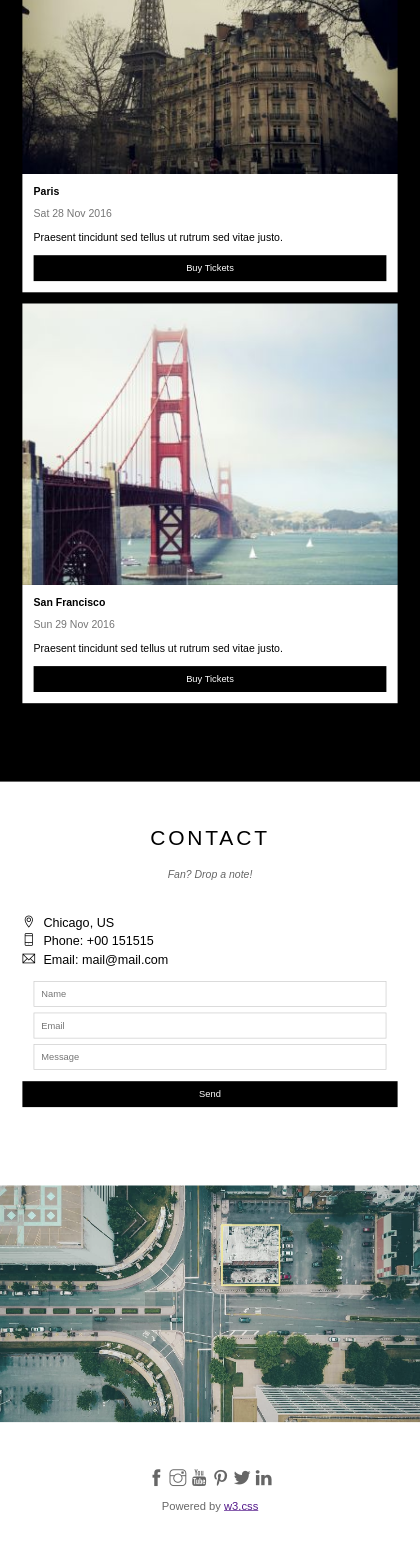
Repository: funboy13/webnew
Page: index.html
The author's editor kept a copy of each file at every save. The page is drawn from the files as they stood at one save, then again after the next save.
The browser window is 600 px wide. The pictures show the part of the page from y = 3132 to 5372 px (the page is 5356 px tall before and 5372 px after), at 70% of full size.

Above is the page before, as saved 2021-08-21 10:00:49.

### index.html
<!DOCTYPE html>
<html lang="vi">
<head>
    <meta charset="UTF-8">
    <meta http-equiv="X-UA-Compatible" content="IE=edge">
    <meta name="viewport" content="width=device-width, initial-scale=1.0">
    <link rel="stylesheet" href="./assets/css/style.css">
    <link rel="stylesheet" href="./assets/css/responsive.css">
    <link rel="stylesheet" href="./assets/fonts/themify-icons/themify-icons.css">
    <title>W3-webfirst</title>
    <link rel=icon href="assets/img/logo.jpg" sizes="16x16" type="image/png">
</head>
<body>
    <div class="main">
        <div id="header" class="header">
            <ul id="nav">
                <li><a href="#">Home</a></li>
                <li><a href="#band">Band</a></li>
                <li><a href="#tour">Tour</a></li>
                <li><a href="#contact">Contact</a></li>
                <li>
                    <a href="#">
                        More
                        <i class="ti-arrow-circle-down"></i>
                    </a>
                    <ul class="subnav">
                        <li><a href="#">Merchandise</a></li>
                        <li><a href="#">Extras</a></li>
                        <li><a href="#">Media</a></li>
                    </ul>
                </li>
            </ul>
            <!-- search__btn  -->
            <div class="search-btn">
              <i class="ti-search"></i>
            </div>
            <div id="menu-mobile" class="menu__mobile--btn">
                <i class="ti-menu"></i>
            </div>
        </div>

        <div class="slider">
            <div class="text-content">
                <h2 class="text-heading">Chicago</h2>
                <div class="text-noidung"> <b>Thank you, Chicago - A night we won't forget</b>.</div>
            </div>
        </div>

        <div id="content">
            <!-- About -->
            <div id="band" class="content-section">
                <h2 class="section-heading">THE BAND</h2>
                <p class="section-sub-heading">We love music</p>
                <p class="about-text">We have created a fictional band website. Lorem ipsum dolor sit amet, consectetur adipiscing elit, sed do eiusmod tempor incididunt ut labore et dolore magna aliqua. Ut enim ad minim veniam, quis nostrud exercitation ullamco laboris nisi ut aliquip ex ea commodo consequat. Duis aute irure dolor in reprehenderit in voluptate velit esse cillum dolore eu fugiat nulla pariatur. Excepteur sint occaecat cupidatat non proident, sunt in culpa qui officia deserunt mollit anim id est laborum consectetur adipiscing elit, sed do eiusmod tempor incididunt ut labore et dolore magna aliqua. Ut enim ad minim veniam, quis nostrud exercitation ullamco laboris nisi ut aliquip ex ea commodo consequat.</p>
                <div class="row members-list">
                    <div class="member-item col col-third">
                        <p class="members-name">Name</p>
                        <img src="./assets/img/bandmember.jpg" alt="Name" class="menbers-img">
                    </div>
                    <div class="member-item col col-third">
                        <p class="members-name">Name</p>
                        <img src="./assets/img/bandmember.jpg" alt="Name" class="menbers-img">
                    </div>
                    <div class="member-item col col-third">
                        <p class="members-name">Name</p>
                        <img src="./assets/img/bandmember.jpg" alt="Name" class="menbers-img">
                    </div>

                </div>
            </div>

             <!-- Tour -->
             <div id="tour" class="tour-section">
                 <div class="content-section">
                    <h2 class="section-heading text-white">TOUR DATES</h2>
                    <p class="section-sub-heading text-white">Remember to book your tickets! </p>

                    <ul class="tickets-lists">
                        <li>September <span class="sout-out">Sold out</span></li>
                        <li>October <span class="sout-out">Sold out</span></li>
                        <li>November <span class="quantity">3</span></li>
                    </ul>
                    <div class="row place-list">
                        <div class="col col-third mt-16 s-col-ful">
                            <img src="./assets/img/newyork.jpg" alt="Newyork" class="place-img">
                            <div class="place-body">
                                <h3 class="place-heading">New York</h3>
                                <p class="place-time">Fri 27 Nov 2016</p>
                                <p class="place-desc">Praesent tincidunt sed tellus ut rutrum sed vitae justo.</p>
                                <button class="btn s-col-ful js-buy-ticket">Buy Tickets</button>
                            </div>
                        </div>
                            <div class="col col-third mt-16 s-col-ful">
                                <img src="./assets/img/paris.jpg" alt="Paris" class="place-img">
                                <div class="place-body">
                                    <h3 class="place-heading">Paris</h3>
                                    <p class="place-time">Sat 28 Nov 2016</p>
                                    <p class="place-desc">Praesent tincidunt sed tellus ut rutrum sed vitae justo.</p>
                                    <button class="btn s-col-ful js-buy-ticket">Buy Tickets</button>
                                </div>
                            </div>
                                <div class="col col-third mt-16 s-col-ful">
                                    <img src="./assets/img/sanfran.jpg" alt="San Francisco" class="place-img">
                                    <div class="place-body">
                                        <h3 class="place-heading">San Francisco</h3>
                                        <p class="place-time">Sun 29 Nov 2016</p>
                                        <p class="place-desc">Praesent tincidunt sed tellus ut rutrum sed vitae justo.</p>
                                        <button class="btn s-col-ful js-buy-ticket">Buy Tickets</button>
                                    </div>
                                </div>

                    </div>
                 </div>
             </div>

              <!-- Contact -->
              <div id="contact" class="content-section">
                <h2 class="section-heading">CONTACT</h2>
                <p class="section-sub-heading">Fan? Drop a note!</p>
                <div class="row contact-content">
                    <div class="col col-half s-col-ful contact-info">
                        <p><i class="ti-location-pin"></i>Chicago, US</p>
                        <p><i class="ti-mobile"></i>Phone: +00 151515</p>
                        <p><i class="ti-email"></i>Email: mail@mail.com</p>

                    </div>
                    <div class="col col-half s-col-ful contact-form">
                        <form action="">
                            <div class="row">
                                <div class="col col-half s-col-ful">
                                    <input type="text" name="" placeholder="Name" required id="" class="form-control">
                                </div>
                                <div class="col col-half s-col-ful s-mt-8">
                                    <input type="email" name="" placeholder="Email" required id="" class="form-control">
                                </div>
                            </div>
                            <div class="row mt-8">
                                <div class="col col-full">
                                    <input type="text" name="" placeholder="Message" required id="" class="form-control">
                                </div>
                            </div>
                            <input type="submit" class="btn s-ful-width form-submit mt-16" value="Send">
                        </form>
                    </div>
                </div>
             </div>

             <div class="map-section">
                 <img src="./assets/img/map.jpg" alt="map">
             </div>
        </div>

        <div class="footer">
            <div class="socials-list">
                <a href=""><i class="ti-facebook" ></i></a>
                <a href=""><i class="ti-instagram" ></i></a>
                <a href=""><i class="ti-youtube" ></i></a>
                <a href=""><i class="ti-pinterest" ></i></a>
                <a href=""><i class="ti-twitter-alt" ></i></a>
                <a href=""><i class="ti-linkedin" ></i></a>
            </div>
            <p class="copyright">Powered by <a href=""> w3.css</a></p>
        </div>
    </div>
 <!-- modal ticket  -->
    <div class="modal js-modal">
        <div class="modal-container js-modal-container">
            <div class="modal-close js-modal-close">
                <i class="ti-close"></i>
            </div>
            <hearder class="modal-hearder">
                <i class="modal-icon ti-bag"></i>
                Tickets
            </hearder>
            <div class="modal-body">
                <label for="tickket-q" class="modal-label">
                    <i class="ti-shopping-cart"></i>
                    Tickets, $15 per person
                </label>
                <input id="tickket-q" type="text" class="modal-input" placeholder="How many?">

                <label for="tickket-email" class="modal-label">
                    <i class="ti-user"></i>
                    Send To
                </label>
                <input id="tickket-email" type="email" class="modal-input" placeholder="Enter email">
                <button id="buy-tickets">Pay
                    <i class="ti-check"></i>
                </button>
                <footer class="modal-footer">
                    <p class="modal-help">
                        Need <a href="">help?</a>
                    </p>
                </footer>
            </div>
        </div>
    </div>
    <!-- button buy ticket  -->
    <script>
        const buyBtns =document.querySelectorAll('.js-buy-ticket')
        const modal = document.querySelector('.js-modal')
        const modalClose = document.querySelector('.js-modal-close')
        const  modalContainer = document.querySelector('.js-modal-container')

        function showBuyTickets () {
            modal.classList.add('open')
        }

        function hideBuyTickets () {
            modal.classList.remove('open')
        }

        for (const buyBtn of buyBtns) {
            buyBtn.addEventListener('click',  showBuyTickets)
        }

        modalClose.addEventListener('click',  hideBuyTickets )
        modal.addEventListener('click',  hideBuyTickets)
        modalContainer.addEventListener('click', function (event) {
            event.stopPropagation()
        })


    </script>
    <!-- menu__btn  -->
    <script>
        var  header =   document .getElementById('header');
        var  mobileMenu  =   document .getElementById('menu-mobile');
        var headerHeight = header.clientHeight;
        // đóng mở menu
        mobileMenu.onclick = function () {
            var isClose = header.clientHeight === headerHeight ;
            if (isClose) {
                header.style.height = 'auto';
            }else{
                header.style.height = null;
            }
        }
        // tự đóng khi chọn menu
        var menuItems = document.querySelectorAll(' #nav li a[href*="#"]');
        for (var i = 0 ;  i < menuItems.length; i++) {
            var menuItem = menuItems[i];
            menuItem.onclick = function (event) {
                var isParentMenu = this.nextElementSibling && this.nextElementSibling.classList.contains('subnav');
                if(isParentMenu){
                    event.preventDefault();
                }else{
                    header.style.height = null;
                }
            }
        }
    </script>
</body>
</html>

### assets/css/style.css
*{
    padding: 0;
    margin: 0;
    box-sizing: border-box;
}

html{
    scroll-behavior: smooth;
    font-family:Arial, Helvetica, sans-serif ;
}

.clear{
    clear: both;
}

.text-white{
    color: #fff;
}

.row{
    margin-left: 8px;
    margin-right: 8px;
}

.row::after{
    content: "";
    display: block;
    clear: both;
}

.col{
    float: left;
    padding: 0 8px;
}

.col-full{
    width: 100%;
}

.col-half{
    width: 50%;
}

.col-third{
    width:  calc(100% / 3);
}

.mt-8{
    margin-top: 8px !important;
}

.mt-16{
    margin-top: 16px !important;
}

.btn{
    color: #fff;
    background:#000;
    text-decoration: none;
    padding: 11px 21px;
    display: inline-block;
    margin-top: 15px;
    border: none;
}

.btn:hover{
    cursor: pointer;
    color: #000;
    background: #ccc;
}

/* MAIN */
.main{


}

.header{
    position: fixed;
    z-index: 1;
    top:0;
    left:0;
    right: 0;
    height: 46px;
    background-color: #000;
}

#nav{
    display: inline-block;
}

#nav, .subnav{
     list-style-type: none;

}

#nav >li{
    display: inline-block;
}

#nav li{

    position: relative;
}

#nav >li >a{
    color: #fff;
    text-transform: uppercase;

}

#nav li a {

    text-decoration:none;
    line-height: 46px;
    padding: 0 24px;
    display: block;
}

#nav li:hover .subnav{
    display: block;
}

#nav >li:hover >a,
#nav .subnav li:hover a{
    color: #000;
    background-color: #ccc;
}

#nav .subnav{
    display: none;
    min-width: 160px;
    top: 100%;
    left: 0;
    position: absolute;
    background-color: #fff;
    box-shadow: 0 0 10px rgba(0,0, 0, 0.5) ;
}

#nav .subnav a {
    color: #000;
    padding:0 12px;
    line-height: 38px;
}
.header .menu__mobile--btn{
    position: fixed;
    top:0;
    right: 0;
    display:none;
}

.header .menu__mobile--btn,
.header .search-btn{
    line-height: 46px;
    color: #fff;
    float: right;
    padding: 0 21px;
    cursor: pointer;

}
.header .search-btn:hover{
     background-color: #f44336;
}

.header .menu__mobile--btn:hover{
    background-color: #ccc;
    color: #000;
}

.slider{
    margin-top: 46px;
    padding-top: 50%;
    background: url("../img/chicago.jpg") top center / cover no-repeat;
    position: relative;
}

.slider .text-content{
    position: absolute;
    color: #fff;
    bottom: 47px;
    width: 100%;
    text-align: center;
}

.slider .text-heading{
    font-weight: 500;
    font-size: 24px;
}
.slider .text-noidung{
    font-size: 15px;
    margin-top: 25px;
}

#content{
}

#content .content-section{
    width: 800px;
    max-width: 100%;
    padding: 64px 0 112px;
    margin-left: auto;
    margin-right: auto;
    padding-left: 16px;
    padding-right: 16px;
}

#content .section-heading{
    text-align: center;
    font-weight: 500;
    font-size: 30px;
    letter-spacing: 4px;
}
#content .section-sub-heading{
    text-align: center;
    font-size: 15px;
    margin-top: 25px;
    font-style: italic;
    opacity: 0.6;
}

#content .about-text{
    margin-top: 25px;
    font-size: 15px;
    text-align: justify;
    line-height: 1.5;
}

#content .members-list{
    margin-top: 47px;
    text-align: center;
}

#content .members-name{
    font-size: 15px;
}

#content .menbers-img{
    width: 154px;
    margin-top: 15px;
    border-radius: 5px;
}
/* tour */

.tour-section{
    background: #000;
}

.tickets-lists{
    background: #fff;
    margin: 40px 16px;
    list-style: none;
}

.tickets-lists li{
    font-size: 15px;
    padding: 11px 16px;
    border-bottom: 1px solid #ddd;
    color: #757575;
}

.tickets-lists .sout-out{
    background:#f44336 ;
    color: #fff;
    padding: 3px 4px;
    margin-left: 16px;
}

.tickets-lists .quantity{
    float: right;
    width: 24px;
    height: 24px;
    background: #000;
    color: #fff;
    border-radius: 50%;
    text-align: center;
    line-height: 24px;
    margin-top: -2px;
}
.place-list{
    margin-top: 16px;
}

.place-img{
    width: 100%;
    display: block;
}

.place-img:hover{
    opacity: 0.6;
}
.place-body{
    font-size: 15px;
    padding: 16px;
    background-color: #fff;
}
.place-heading{
    font-size: 15px;

}
.place-time{
    margin-top: 15px;
    color: #757575;
}
.place-desc{
    margin-top: 15px;
    line-height: 1.4;
}


/* contact */

.contact-content{
    margin-top: 48px;
}

.contact-info{
    font-size: 18px;
    line-height: 1.5;
}

.contact-info i {
    width:30px;
    display: inline-block;
}

.contact-form{
    font-size: 15px;
}

.contact-form .form-control{
    padding: 10px;
    border: 1px solid #ccc;
    width: 100%;
}

.contact-form .form-submit{
    float: right;
    margin-right: 15px;
}

.map-section img{
    width: 100%;
   filter: grayscale(50%);
}

 .footer{
    padding: 64px 16px;
    text-align: center;
}

.footer .socials-list{
    font-size: 24px;
}

.footer .socials-list a{
    color: rgba(0,0, 0, 0.6);
    text-decoration: none;
}

.footer .socials-list a :hover{
    opacity: 0.4;
}

.footer .copyright{
    color: rgba(0,0, 0, 0.6);
    margin-top: 15px;
}
.modal{
    position: fixed;
    top: 0;
    right: 0;
    bottom: 0;
    left: 0;
    background:rgba(0, 0, 0, 0.4);
    display: none;
    align-items: center;
    justify-content: center;
}

.modal-container{
    background: #fff;
    width: 900px;
    min-height: 200px;
    position: relative;
    max-width: calc(100% - 32px);
    animation: modalFaceIn ease 0.5s;
}

 .modal-hearder{
    background: #009688;
    height: 130px;
    display: flex;
    align-items: center;
    justify-content: center;
    font-size: 30px;
    color: #fff;
}

.modal-icon{
    margin-right: 16px;
}

.modal-close{
    position: absolute;
    right:0;
    top: 0;
    color:#fff;
    padding: 12px;
    cursor: pointer;
    opacity: 0.8;
}
.modal-close:hover{
    opacity: 1;
}

.modal-body{
    padding:16px ;
}

.modal-label{
    display: block;
    font-size: 15px;
    margin-bottom: 12px;
}

.modal-input{
    border: 1px solid #ccc;
    width: 100%;
    padding: 10px;
    font-size: 15px;
    margin-bottom: 24px;
}

#buy-tickets{
    background: #009688;
    border:none;
    color: #fff;
    width: 100%;
    font-size: 15px;
    text-transform: uppercase;
    padding: 18px;
    cursor: pointer;
}

#buy-tickets:hover{
    opacity: 0.9;
}

.modal-footer{
    padding: 16px;
    text-align: right;
}

.modal-footer a{
    color:#2196F3 ;
}

.modal.open {
    display: flex ;
}

@keyframes modalFaceIn {
    from{
        transform: translateY(-200px);
        opacity: 0;
        }
    to{
        transform:translateY(0px);
        opacity: 1;
    }
}

### assets/css/responsive.css
/* mobile  */
@media  (max-width : 740px) {
    .s-ful-width,
    .s-col-ful{
        width: 100%;
    }
    .s-mt-8{
        margin-top: 8px;
    }
    #nav {
        display: block;
    }
    #nav >li{
        display: block;
    }
    #nav >li a{
        padding: 1px 24px;
    }
    #nav> li:first-child {
        display: inline-block;
    }

    #nav .subnav{
        position: initial;
        background-color: #333;
    }
    #nav .subnav a {
        color: #fff;
        padding: 5px 41px;
    }
    .header{
        overflow: hidden;
    }
    .header .menu__mobile--btn{
        display:block;
    }
    .header .search-btn{
        display: none;
    }
    #content .member-item{
        margin-top: 30px;
        width: 100%;
    }
    #content .menbers-img{
        width:60%;
    }
    .contact-form{
        margin-top: 16px;
    }
    .contact-form .form-submit{
        float: none;
    }
}

Loaded but not shown: assets/fonts/themify-icons/themify-icons.css (common file)

After the next save:
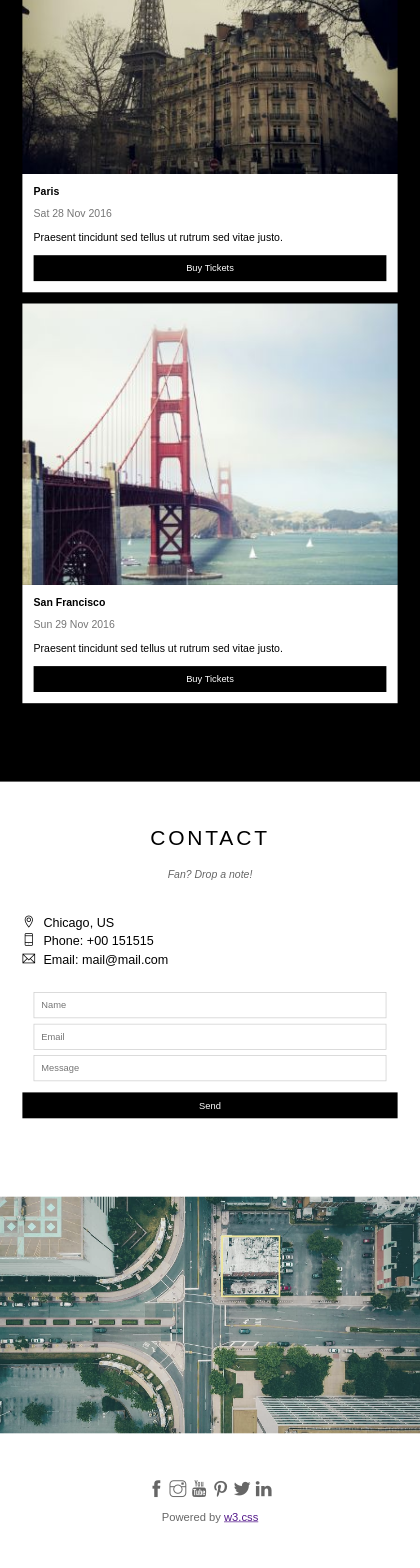
Saved 4 h 59 min later.
--- a/assets/css/responsive.css
+++ b/assets/css/responsive.css
@@ -45,7 +45,7 @@
         width:60%;
     }
     .contact-form{
-        margin-top: 16px;
+        margin-top: 32px;
     }
     .contact-form .form-submit{
         float: none;
